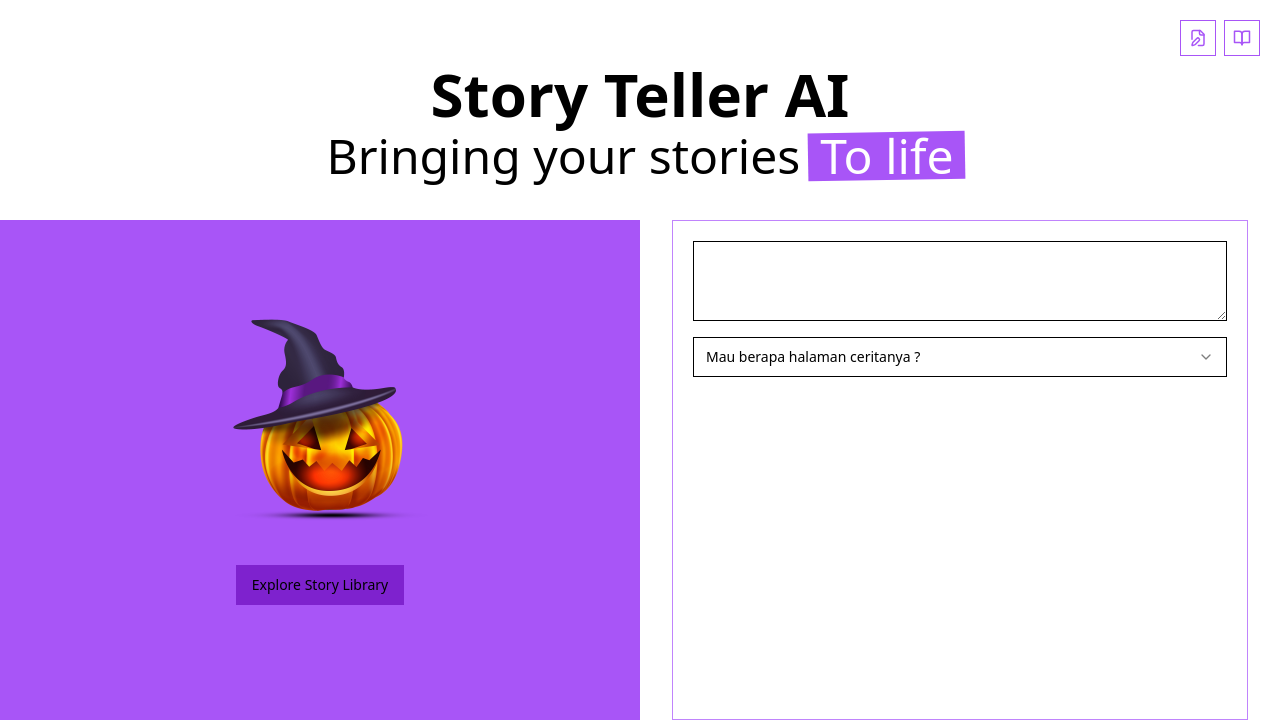
Repository: KilluaProject/story-tellerAI
Page: /
These files come from the project's save history. The page is drawn as it stood at one moment and after the next save; the edit follows.
The browser window is 1280 px wide. The pictures show the whole page.
The project was rebuilt for these pictures with package versions that can differ from the ones it lists, and the page was loaded fresh each time. The framework's server and built-in components were replaced by stand-ins that run in the browser. Also part of the build but not shown: next.config.mjs.

Above is the page before, as saved 2024-06-25 13:45:05.

### app/layout.tsx
import type { Metadata } from "next";
import { Inter } from "next/font/google";
import "./globals.css";
import Header from "@/components/Header";

const inter = Inter({ subsets: ["latin"] });

export const metadata: Metadata = {
  title: "Story Telling AI",
  description: "Generated by create next app",
};

export default function RootLayout({
  children,
}: Readonly<{
  children: React.ReactNode;
}>) {
  return (
    <html lang="en">
      <body className="flex flex-col min-h-screen">
        <Header/>
        {children}

      </body>
    </html>
  );
}

### app/page.tsx
import { Button } from "@/components/ui/button";
import Image from "next/image";
import Link from "next/link";
import logo from "/images/logo.png"
import StoryWriter from "@/components/StoryWriter";
export default function Home() {
  return (
    <main className="mt-10 flex-1 flex flex-col">
      <section className="flex-1 grid grid-cols-1 lg:grid-cols-2">
        <div className="flex flex-col bg-purple-500  gap-5 justify-center items-center order-1 lg:-order-1 pb-10 ">

          <Image alt="logo" width={250} height={250} src={logo}/>
          <Button asChild className="bg-purple-700">
            <Link href={'/story'}>Explore Story Library</Link>
          </Button>
        </div>

        <StoryWriter/>
      </section>
    </main>
  );
}

### components/Header.tsx
import Link from 'next/link'
import React from 'react'
import { Button } from './ui/button'
import { BookOpen, FilePen } from 'lucide-react'

const Header = () => {
  return (
    <header className='container relative pt-16'>
        <Link href={'/'}>
            <h1 className='text-center text-6xl font-black '>Story Teller AI</h1>
            <div className='flex space-x-5 text-3xl lg:text-5xl justify-center items-center whitespace-nowrap pt-2'>
                <h2 className=''>Bringing your stories</h2>
                <div className='relative'>
                    <div className='absolute bg-purple-500 -left-2 -top-1 -bottom-1 -right-2 md:-left-3 md:-top-0 md:-bottom-0 md:-right-3 -rotate-1'/>
                    <p className='relative text-white'>To life</p>
                </div>
            </div>
        </Link>
        {/* Nav Icon */}
        <div className='flex gap-2 absolute -top-5 right-5'>
            <Link href={'/'}>
                <FilePen className='w-8 h-8 lg:w-9 lg:h-9 mx-auto text-purple-500 mt-10 border border-purple-500 rounded-md p-2 hover:opacity-50 cursor-pointer'/>
            </Link>

            <Link href={'/stories'}>
                <BookOpen className='w-8 h-8 lg:w-9 lg:h-9 mx-auto text-purple-500 mt-10 border border-purple-500 rounded-md p-2 hover:opacity-50 cursor-pointer' />
            </Link>
        </div>
    </header>
  )
}

export default Header

### components/ui/button.tsx
import * as React from "react"
import { Slot } from "@radix-ui/react-slot"
import { cva, type VariantProps } from "class-variance-authority"

import { cn } from "@/lib/utils"

const buttonVariants = cva(
  "inline-flex items-center justify-center whitespace-nowrap rounded-md text-sm font-medium ring-offset-background transition-colors focus-visible:outline-none focus-visible:ring-2 focus-visible:ring-ring focus-visible:ring-offset-2 disabled:pointer-events-none disabled:opacity-50",
  {
    variants: {
      variant: {
        default: "bg-primary text-primary-foreground hover:bg-primary/90",
        destructive:
          "bg-destructive text-destructive-foreground hover:bg-destructive/90",
        outline:
          "border border-input bg-background hover:bg-accent hover:text-accent-foreground",
        secondary:
          "bg-secondary text-secondary-foreground hover:bg-secondary/80",
        ghost: "hover:bg-accent hover:text-accent-foreground",
        link: "text-primary underline-offset-4 hover:underline",
      },
      size: {
        default: "h-10 px-4 py-2",
        sm: "h-9 rounded-md px-3",
        lg: "h-11 rounded-md px-8",
        icon: "h-10 w-10",
      },
    },
    defaultVariants: {
      variant: "default",
      size: "default",
    },
  }
)

export interface ButtonProps
  extends React.ButtonHTMLAttributes<HTMLButtonElement>,
    VariantProps<typeof buttonVariants> {
  asChild?: boolean
}

const Button = React.forwardRef<HTMLButtonElement, ButtonProps>(
  ({ className, variant, size, asChild = false, ...props }, ref) => {
    const Comp = asChild ? Slot : "button"
    return (
      <Comp
        className={cn(buttonVariants({ variant, size, className }))}
        ref={ref}
        {...props}
      />
    )
  }
)
Button.displayName = "Button"

export { Button, buttonVariants }

### components/StoryWriter.tsx
'use client'

import React from 'react'
import { Textarea } from './ui/textarea'
import { Select, SelectContent, SelectItem, SelectTrigger, SelectValue } from './ui/select'

const StoryWriter = () => {
  return (
   <div className='container flex flex-col'>
    <section className='flex flex-1 flex-col border border-purple-400 p-5 rounded-md gap-4'>
        <Textarea/>
        <Select>
            <SelectTrigger>
                <SelectValue placeholder='Mau berapa halaman ceritanya ?'/>
            </SelectTrigger>

            <SelectContent>
                {Array.from({length: 10}, (_,i) => (

                    <SelectItem key={i} value={String(i+1)}>
                    { i + 1 }
                    </SelectItem>

                ))}
            </SelectContent>

        </Select>
    </section>

   </div>
  )
}

export default StoryWriter

### components/ui/textarea.tsx
import * as React from "react"

import { cn } from "@/lib/utils"

export interface TextareaProps
  extends React.TextareaHTMLAttributes<HTMLTextAreaElement> {}

const Textarea = React.forwardRef<HTMLTextAreaElement, TextareaProps>(
  ({ className, ...props }, ref) => {
    return (
      <textarea
        className={cn(
          "flex min-h-[80px] w-full rounded-md border border-input bg-background px-3 py-2 text-sm ring-offset-background placeholder:text-muted-foreground focus-visible:outline-none focus-visible:ring-2 focus-visible:ring-ring focus-visible:ring-offset-2 disabled:cursor-not-allowed disabled:opacity-50",
          className
        )}
        ref={ref}
        {...props}
      />
    )
  }
)
Textarea.displayName = "Textarea"

export { Textarea }

### components/ui/select.tsx
"use client"

import * as React from "react"
import * as SelectPrimitive from "@radix-ui/react-select"
import { Check, ChevronDown, ChevronUp } from "lucide-react"

import { cn } from "@/lib/utils"

const Select = SelectPrimitive.Root

const SelectGroup = SelectPrimitive.Group

const SelectValue = SelectPrimitive.Value

const SelectTrigger = React.forwardRef<
  React.ElementRef<typeof SelectPrimitive.Trigger>,
  React.ComponentPropsWithoutRef<typeof SelectPrimitive.Trigger>
>(({ className, children, ...props }, ref) => (
  <SelectPrimitive.Trigger
    ref={ref}
    className={cn(
      "flex h-10 w-full items-center justify-between rounded-md border border-input bg-background px-3 py-2 text-sm ring-offset-background placeholder:text-muted-foreground focus:outline-none focus:ring-2 focus:ring-ring focus:ring-offset-2 disabled:cursor-not-allowed disabled:opacity-50 [&>span]:line-clamp-1",
      className
    )}
    {...props}
  >
    {children}
    <SelectPrimitive.Icon asChild>
      <ChevronDown className="h-4 w-4 opacity-50" />
    </SelectPrimitive.Icon>
  </SelectPrimitive.Trigger>
))
SelectTrigger.displayName = SelectPrimitive.Trigger.displayName

const SelectScrollUpButton = React.forwardRef<
  React.ElementRef<typeof SelectPrimitive.ScrollUpButton>,
  React.ComponentPropsWithoutRef<typeof SelectPrimitive.ScrollUpButton>
>(({ className, ...props }, ref) => (
  <SelectPrimitive.ScrollUpButton
    ref={ref}
    className={cn(
      "flex cursor-default items-center justify-center py-1",
      className
    )}
    {...props}
  >
    <ChevronUp className="h-4 w-4" />
  </SelectPrimitive.ScrollUpButton>
))
SelectScrollUpButton.displayName = SelectPrimitive.ScrollUpButton.displayName

const SelectScrollDownButton = React.forwardRef<
  React.ElementRef<typeof SelectPrimitive.ScrollDownButton>,
  React.ComponentPropsWithoutRef<typeof SelectPrimitive.ScrollDownButton>
>(({ className, ...props }, ref) => (
  <SelectPrimitive.ScrollDownButton
    ref={ref}
    className={cn(
      "flex cursor-default items-center justify-center py-1",
      className
    )}
    {...props}
  >
    <ChevronDown className="h-4 w-4" />
  </SelectPrimitive.ScrollDownButton>
))
SelectScrollDownButton.displayName =
  SelectPrimitive.ScrollDownButton.displayName

const SelectContent = React.forwardRef<
  React.ElementRef<typeof SelectPrimitive.Content>,
  React.ComponentPropsWithoutRef<typeof SelectPrimitive.Content>
>(({ className, children, position = "popper", ...props }, ref) => (
  <SelectPrimitive.Portal>
    <SelectPrimitive.Content
      ref={ref}
      className={cn(
        "relative z-50 max-h-96 min-w-[8rem] overflow-hidden rounded-md border bg-popover text-popover-foreground shadow-md data-[state=open]:animate-in data-[state=closed]:animate-out data-[state=closed]:fade-out-0 data-[state=open]:fade-in-0 data-[state=closed]:zoom-out-95 data-[state=open]:zoom-in-95 data-[side=bottom]:slide-in-from-top-2 data-[side=left]:slide-in-from-right-2 data-[side=right]:slide-in-from-left-2 data-[side=top]:slide-in-from-bottom-2",
        position === "popper" &&
          "data-[side=bottom]:translate-y-1 data-[side=left]:-translate-x-1 data-[side=right]:translate-x-1 data-[side=top]:-translate-y-1",
        className
      )}
      position={position}
      {...props}
    >
      <SelectScrollUpButton />
      <SelectPrimitive.Viewport
        className={cn(
          "p-1",
          position === "popper" &&
            "h-[var(--radix-select-trigger-height)] w-full min-w-[var(--radix-select-trigger-width)]"
        )}
      >
        {children}
      </SelectPrimitive.Viewport>
      <SelectScrollDownButton />
    </SelectPrimitive.Content>
  </SelectPrimitive.Portal>
))
SelectContent.displayName = SelectPrimitive.Content.displayName

const SelectLabel = React.forwardRef<
  React.ElementRef<typeof SelectPrimitive.Label>,
  React.ComponentPropsWithoutRef<typeof SelectPrimitive.Label>
>(({ className, ...props }, ref) => (
  <SelectPrimitive.Label
    ref={ref}
    className={cn("py-1.5 pl-8 pr-2 text-sm font-semibold", className)}
    {...props}
  />
))
SelectLabel.displayName = SelectPrimitive.Label.displayName

const SelectItem = React.forwardRef<
  React.ElementRef<typeof SelectPrimitive.Item>,
  React.ComponentPropsWithoutRef<typeof SelectPrimitive.Item>
>(({ className, children, ...props }, ref) => (
  <SelectPrimitive.Item
    ref={ref}
    className={cn(
      "relative flex w-full cursor-default select-none items-center rounded-sm py-1.5 pl-8 pr-2 text-sm outline-none focus:bg-accent focus:text-accent-foreground data-[disabled]:pointer-events-none data-[disabled]:opacity-50",
      className
    )}
    {...props}
  >
    <span className="absolute left-2 flex h-3.5 w-3.5 items-center justify-center">
      <SelectPrimitive.ItemIndicator>
        <Check className="h-4 w-4" />
      </SelectPrimitive.ItemIndicator>
    </span>

    <SelectPrimitive.ItemText>{children}</SelectPrimitive.ItemText>
  </SelectPrimitive.Item>
))
SelectItem.displayName = SelectPrimitive.Item.displayName

const SelectSeparator = React.forwardRef<
  React.ElementRef<typeof SelectPrimitive.Separator>,
  React.ComponentPropsWithoutRef<typeof SelectPrimitive.Separator>
>(({ className, ...props }, ref) => (
  <SelectPrimitive.Separator
    ref={ref}
    className={cn("-mx-1 my-1 h-px bg-muted", className)}
    {...props}
  />
))
SelectSeparator.displayName = SelectPrimitive.Separator.displayName

export {
  Select,
  SelectGroup,
  SelectValue,
  SelectTrigger,
  SelectContent,
  SelectLabel,
  SelectItem,
  SelectSeparator,
  SelectScrollUpButton,
  SelectScrollDownButton,
}

Loaded but not shown: app/globals.css (common file); lib/utils.ts (common file); tailwind.config.ts (common file)

After the next save:
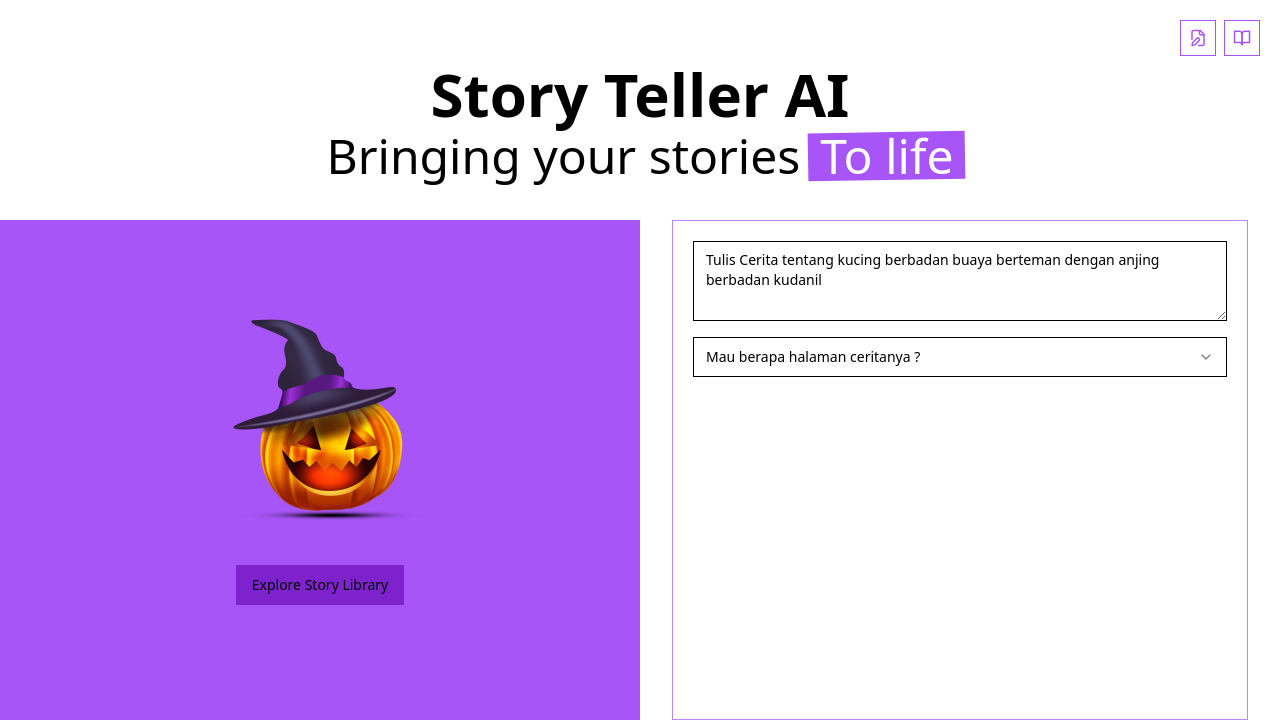
Saved 83 s later.
--- a/components/StoryWriter.tsx
+++ b/components/StoryWriter.tsx
@@ -8,7 +8,7 @@
   return (
    <div className='container flex flex-col'>
     <section className='flex flex-1 flex-col border border-purple-400 p-5 rounded-md gap-4'>
-        <Textarea/>
+        <Textarea placeholder='Tulis Cerita tentang kucing berbadan buaya berteman dengan anjing berbadan kudanil'/>
         <Select>
             <SelectTrigger>
                 <SelectValue placeholder='Mau berapa halaman ceritanya ?'/>
